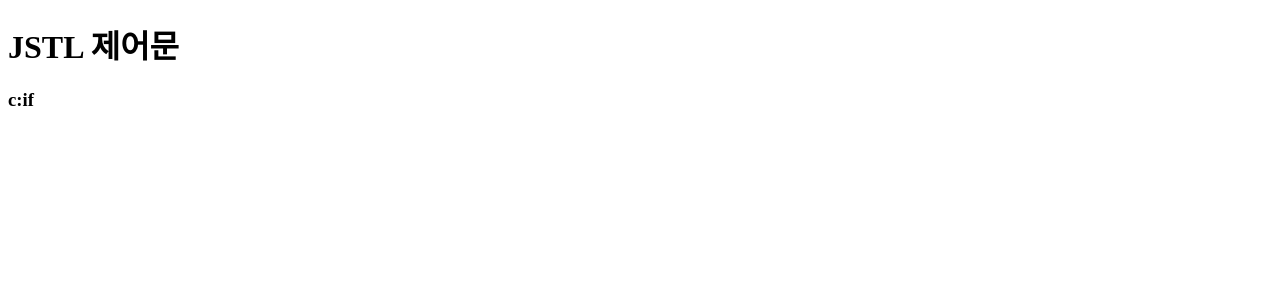
Repository: ajtwls1256/Web-workspace
Page: http://localhost/Day55-jspTag/JSTL/jsp_JSTL.jsp
These files come from the project's save history. The page is drawn as it stood at one moment and after the next save; the edit follows.
The browser window is 1280 px wide. The pictures show the whole page.
The page is served by Tomcat 9.

Above is the page before, as saved 2019-10-14 05:11:05.

After the next save:
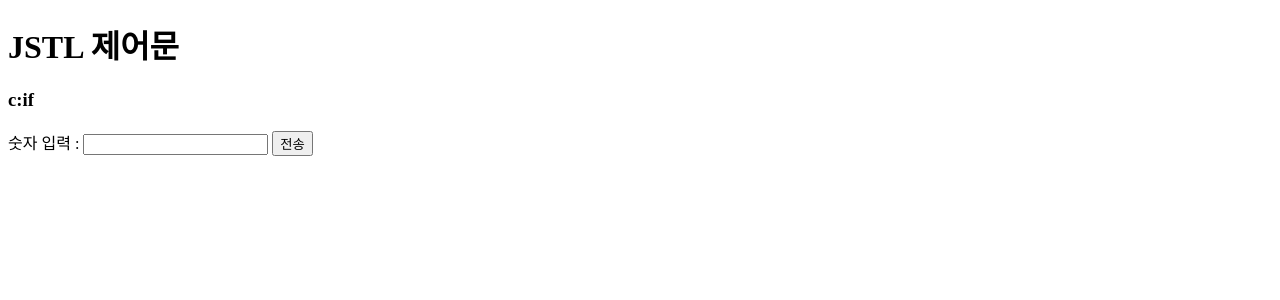
Saved 44 s later.
--- a/Day55-jspTag/WebContent/JSTL/jsp_JSTL.jsp
+++ b/Day55-jspTag/WebContent/JSTL/jsp_JSTL.jsp
@@ -11,7 +11,8 @@
 	<h1>JSTL 제어문</h1>
 	<h3> c:if </h3>
 	<form action="/jsp/JSTL/JSTL_if.jsp">
-
+		숫자 입력 : <input type="text" name="value1">
+		<input type="submit" value="전송">
 	</form>
 </body>
 </html>
